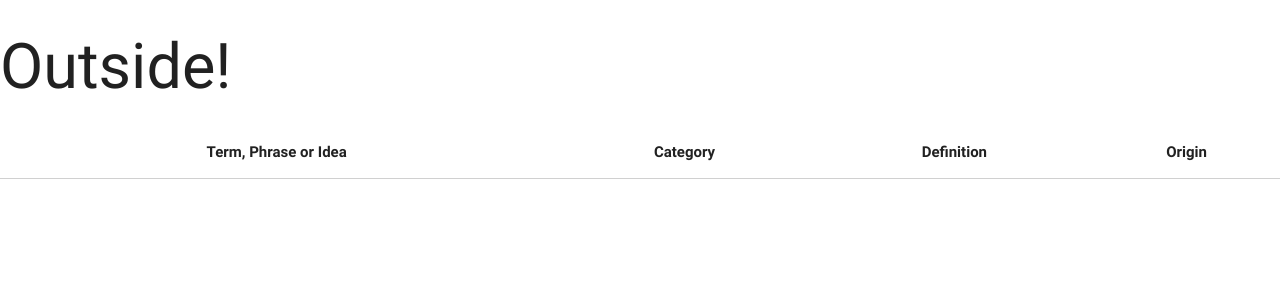
Repository: kalkiboru111/irish-dictionary-of-received-ideas
Page: http://localhost/
The author's editor kept a record of every edit. The page is drawn from the files as they stood at one moment, then again after the next edit.
The browser window is 1280 px wide. The pictures show the whole page.
Some web libraries are served in a nearby version. The page is served by the project's application, run on Flask 3 (app.py). Queries for data that is not in the repository find no rows.

Above is the page before.
Console error: TypeError: $(...).sidenav is not a function

After the next edit:
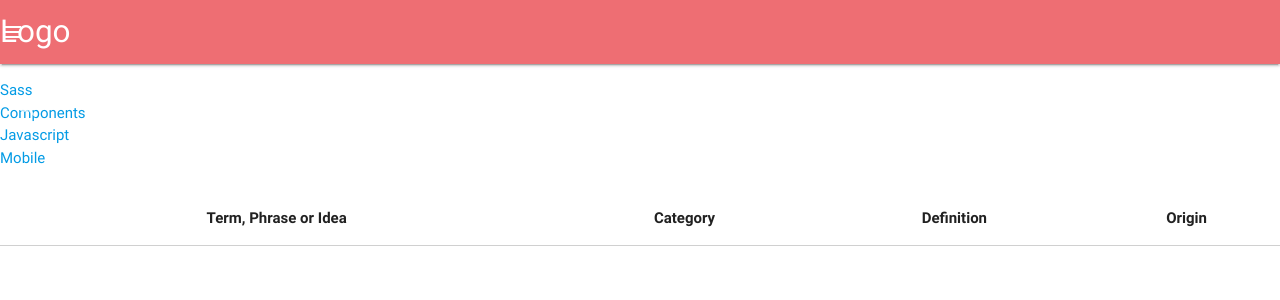
The edit:
--- a/templates/base.html
+++ b/templates/base.html
@@ -8,7 +8,33 @@
 </head>
 
 <body>
-    <h1>Outside!</h1>
+    <nav>
+        <div class="nav-wrapper">
+            <a href="#!" class="brand-logo">Logo</a>
+            <a href="#" data-target="mobile-demo" class="sidenav-trigger"><i class="material-icons">menu</i></a>
+            <form>
+                <div class="input-field">
+                    <input id="search" type="search" required>
+                    <label class="label-icon" for="search"><i class="material-icons">search</i></label>
+                    <i class="material-icons">close</i>
+                </div>
+            </form>
+            <ul class="right hide-on-med-and-down">
+                <li><a href="sass.html">Sass</a></li>
+                <li><a href="badges.html">Components</a></li>
+                <li><a href="collapsible.html">Javascript</a></li>
+                <li><a href="mobile.html">Mobile</a></li>
+            </ul>
+        </div>
+    </nav>
+
+    <ul class="sidenav" id="mobile-demo">
+        <li><a href="sass.html">Sass</a></li>
+        <li><a href="badges.html">Components</a></li>
+        <li><a href="collapsible.html">Javascript</a></li>
+        <li><a href="mobile.html">Mobile</a></li>
+    </ul>
+
     {% block content %} {% endblock %}
     <script src="https://cdnjs.cloudflare.com/ajax/libs/jquery/3.2.1/jquery.min.js"></script>
     <script src="https://cdnjs.cloudflare.com/ajax/libs/materialize/0.100.2/js/materialize.min.js"></script>
